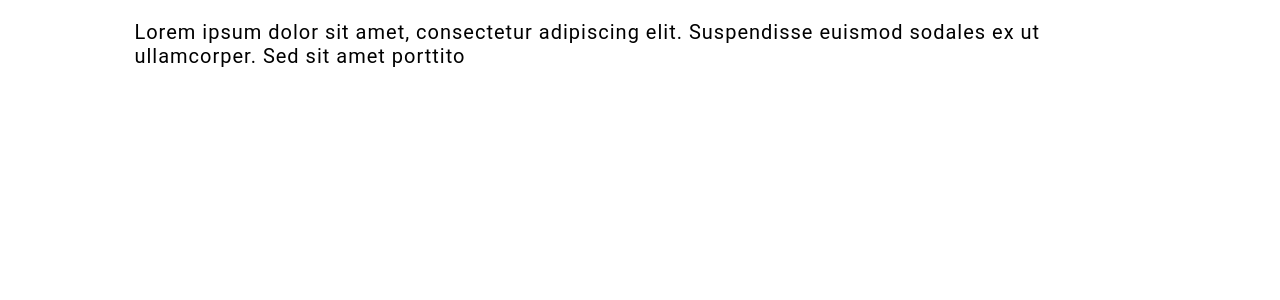
Repository: KasiaJakubowska/Typing
Page: index.html
These files come from the project's save history. The page is drawn as it stood at one moment and after the next save; the edit follows.
The browser window is 1280 px wide. The pictures show the whole page.

Above is the page before, as saved 2019-04-26 11:59:43.

After the next save:
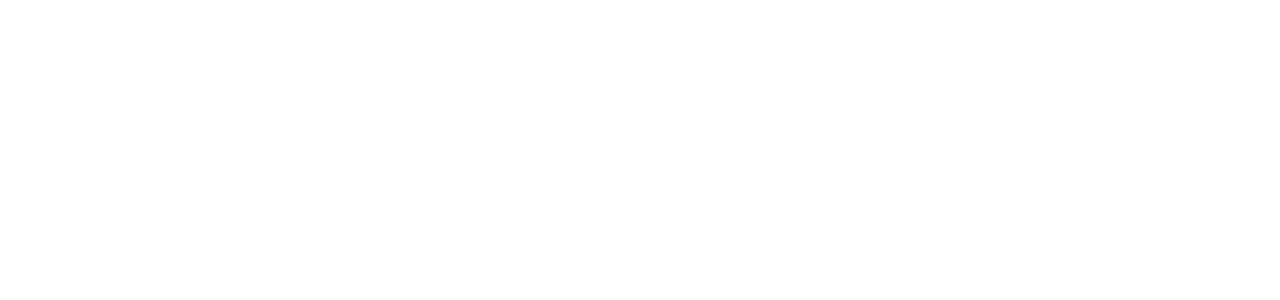
Console error: SyntaxError: Invalid or unexpected token
Saved 83 s later.
--- a/main.js
+++ b/main.js
@@ -1,5 +1,16 @@
 const spnText = document.querySelector('.text');
-const txt = 'Lorem ipsum dolor sit amet, consectetur adipiscing elit. Suspendisse euismod sodales ex ut ullamcorper. Sed sit amet porttitor purus. Donec id accumsan justo, tristique elementum lacus. Mauris a odio eu est tempus maximus. Donec risus diam, euismod id placerat et, ullamcorper vel orci.'
+const txt = 'Buddy, youre a boy, make a big noise
+Playing in the street, gonna be a big man someday
+You got mud on your face, you big disgrace
+Kicking your can all over the place, singin
+We will, we will rock you
+We will, we will rock you
+Buddy, youre a young man, hard man
+Shouting in the street, gonna take on the world someday
+You got blood on your face, you big disgrace
+Waving your banner all over the place
+We will, we will rock you, sing it!
+We will, we will rock you, yeah'
 
 let indexText = 0;
 const time = 40;

After the 2 saves that followed:
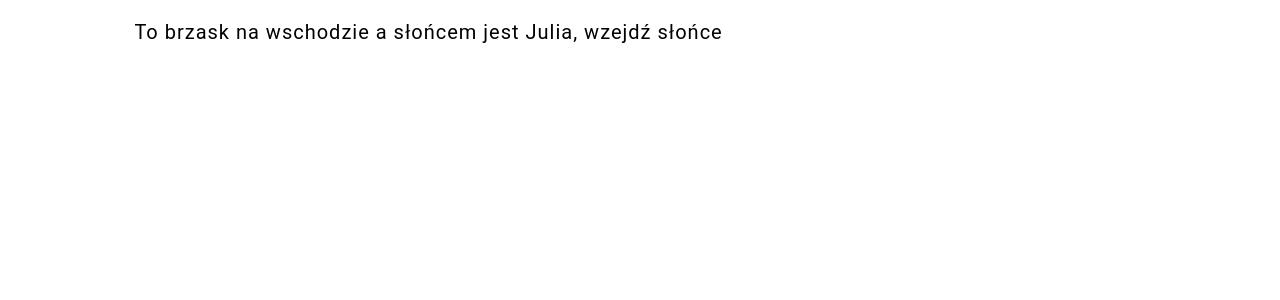
The error is gone.
The 2 saves are shown as one change because 1 left the picture as it was.
The last was saved 71 s later.
--- a/main.js
+++ b/main.js
@@ -1,16 +1,5 @@
 const spnText = document.querySelector('.text');
-const txt = 'Buddy, youre a boy, make a big noise
-Playing in the street, gonna be a big man someday
-You got mud on your face, you big disgrace
-Kicking your can all over the place, singin
-We will, we will rock you
-We will, we will rock you
-Buddy, youre a young man, hard man
-Shouting in the street, gonna take on the world someday
-You got blood on your face, you big disgrace
-Waving your banner all over the place
-We will, we will rock you, sing it!
-We will, we will rock you, yeah'
+const txt = 'To brzask na wschodzie a słońcem jest Julia, wzejdź słońce'
 
 let indexText = 0;
 const time = 40;
